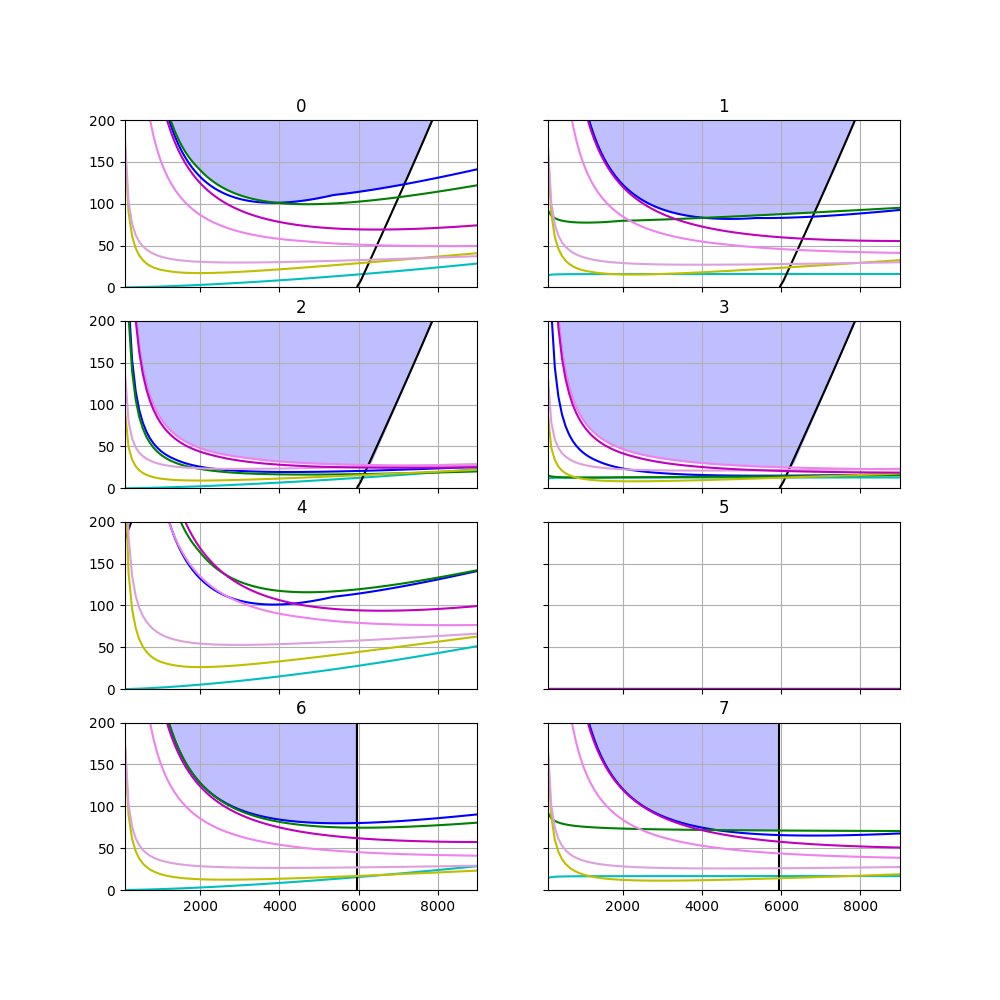
Repository: 12libao/DEA
Script's output: python Sizing_Method/ConstrainsAnalysis/ConstrainsAnalysisPDP1P2.py
The author's editor kept a copy of each file at every save. The script's output is drawn from the files as they stood at one save, then again after a run of saves.
Random numbers start from a fixed seed.

Above is the script's output before, as saved 2021-07-12 14:39:19.

### Sizing_Method/ConstrainsAnalysis/ConstrainsAnalysisPDP1P2.py
# author: Bao Li #
# Georgia Institute of Technology #
import sys
import os

sys.path.insert(0, os.getcwd())

import numpy as np
import matplotlib.pylab as plt
import Sizing_Method.Other.US_Standard_Atmosphere_1976 as atm
import Sizing_Method.Aerodynamics.ThrustLapse as thrust_lapse
import Sizing_Method.Aerodynamics.Aerodynamics as ad
import Sizing_Method.ConstrainsAnalysis.ConstrainsAnalysis as ca


"""
The unit use is IS standard
"""


class ConstrainsAnalysis_Mattingly_Method_with_DP_turbofun:
    """This is a power-based master constraints analysis"""

    def __init__(self, altitude, velocity, beta, wing_load, Hp=0.5, number_of_motor=12, C_DR=0):
        """

        :param beta: weight fraction
        :param Hp: P_motor/P_total
        :param n: number of motor
        :param K1: drag polar coefficient for 2nd order term
        :param K2: drag polar coefficient for 1st order term
        :param C_D0: the drag coefficient at zero lift
        :param C_DR: additional drag caused, for example, by external stores,
        braking parachutes or flaps, or temporary external hardware

        :return:
            power load: P_WTO
        """

        self.h = altitude
        self.v = velocity
        self.rho = atm.atmosphere(geometric_altitude=self.h).density()

        self.beta = beta
        self.hp = 1 - Hp
        self.n = number_of_motor

        # power lapse ratio
        self.alpha = thrust_lapse.thrust_lapse_calculation(altitude=self.h,
                                                           velocity=self.v).high_bypass_ratio_turbofan()

        self.k1 = ad.aerodynamics_without_pd(self.h, self.v).K1()
        self.k2 = ad.aerodynamics_without_pd(self.h, self.v).K2()
        self.cd0 = ad.aerodynamics_without_pd(self.h, self.v).CD_0()
        self.cdr = C_DR

        self.w_s = wing_load
        self.g0 = 9.80665

        self.coefficient = self.beta * self.v / self.alpha

        # Estimation of ΔCL and ΔCD
        pd = ad.aerodynamics_with_pd(
            self.h, self.v, Hp=self.hp, n=n, W_S=self.w_s)
        self.q = 0.5 * self.rho * self.v ** 2
        self.cl = self.beta * self.w_s / self.q
        # print(self.cl)
        self.delta_cl = pd.delta_lift_coefficient(self.cl)
        self.delta_cd0 = pd.delta_CD_0()

    def master_equation(self, n, dh_dt, dV_dt):
        cl = self.cl * n + self.delta_cl

        cd = self.k1 * cl ** 2 + self.k2 * cl + self.cd0 + self.cdr + self.delta_cd0
        p_w = self.coefficient * \
            (self.q / (self.beta * self.w_s) *
             cd + dh_dt / self.v + dV_dt / self.g0)
        return p_w

    def cruise(self):
        p_w = ConstrainsAnalysis_Mattingly_Method_with_DP_turbofun.master_equation(
            self, n=1, dh_dt=0, dV_dt=0)
        return p_w

    def climb(self, roc):
        p_w = ConstrainsAnalysis_Mattingly_Method_with_DP_turbofun.master_equation(
            self, n=1, dh_dt=roc, dV_dt=0)
        return p_w

    def level_turn(self, turn_rate=3, v=100):
        """
        assume 2 min for 360 degree turn, which is 3 degree/seconds
        assume turn at 300 knots, which is about 150 m/s
        """
        load_factor = (1 + ((turn_rate * np.pi / 180)
                       * v / self.g0) ** 2) ** 0.5
        p_w = ConstrainsAnalysis_Mattingly_Method_with_DP_turbofun.master_equation(
            self, n=load_factor, dh_dt=0, dV_dt=0)
        return p_w

    def take_off(self):
        """
        A320neo take-off speed is about 150 knots, which is about 75 m/s
        required runway length is about 2000 m
        K_TO is a constant greater than one set to 1.2 (generally specified by appropriate flying regulations)
        """
        Cl_max_to = 2.3  # 2.3
        K_TO = 1.2  # V_TO / V_stall
        s_G = 1266
        p_w = 2 / 3 * self.coefficient / self.v * self.beta * K_TO ** 2 / (
            s_G * self.rho * self.g0 * Cl_max_to) * self.w_s ** (
            3 / 2)
        return p_w

    def stall_speed(self, V_stall_to=65, Cl_max_to=2.3):
        V_stall_ld = 62

        Cl_max_ld = 2.87

        W_S_1 = 1 / 2 * self.rho * V_stall_to ** 2 * \
            (Cl_max_to + self.delta_cl)
        W_S_2 = 1 / 2 * self.rho * V_stall_ld ** 2 * \
            (Cl_max_ld + self.delta_cl)

        W_S = min(W_S_1, W_S_2)
        return W_S

    def service_ceiling(self, roc=0.5):
        p_w = ConstrainsAnalysis_Mattingly_Method_with_DP_turbofun.master_equation(
            self, n=1, dh_dt=roc, dV_dt=0)
        return p_w

    allFuncs = [take_off, stall_speed, cruise,
                service_ceiling, level_turn, climb]


class ConstrainsAnalysis_Mattingly_Method_with_DP_electric:
    """This is a power-based master constraints analysis

    the difference between turbofun and electric for constrains analysis:
    1. assume the thrust_lapse = 1 for electric propution
    2. hp = 1 - hp_turbofun
    """

    def __init__(self, altitude, velocity, beta, wing_load, Hp=0.5, number_of_motor=12, C_DR=0):
        """

        :param beta: weight fraction
        :param Hp: P_motor/P_total
        :param n: number of motor
        :param K1: drag polar coefficient for 2nd order term
        :param K2: drag polar coefficient for 1st order term
        :param C_D0: the drag coefficient at zero lift
        :param C_DR: additional drag caused, for example, by external stores,
        braking parachutes or flaps, or temporary external hardware

        :return:
            power load: P_WTO
        """

        self.h = altitude
        self.v = velocity
        self.rho = atm.atmosphere(geometric_altitude=self.h).density()

        self.beta = beta
        self.hp = Hp  # this is the difference part compare with turbofun
        self.n = number_of_motor

        # power lapse ratio
        self.alpha = 1  # this is the difference part compare with turbofun

        self.k1 = ad.aerodynamics_without_pd(self.h, self.v).K1()
        self.k2 = ad.aerodynamics_without_pd(self.h, self.v).K2()
        self.cd0 = ad.aerodynamics_without_pd(self.h, self.v).CD_0()
        self.cdr = C_DR

        self.w_s = wing_load
        self.g0 = 9.80665

        self.coefficient = self.beta * self.v / self.alpha

        # Estimation of ΔCL and ΔCD
        pd = ad.aerodynamics_with_pd(
            self.h, self.v, Hp=self.hp, n=n, W_S=self.w_s)
        self.q = 0.5 * self.rho * self.v ** 2
        self.cl = self.beta * self.w_s / self.q
        # print(self.cl)
        self.delta_cl = pd.delta_lift_coefficient(self.cl)
        self.delta_cd0 = pd.delta_CD_0()

    def master_equation(self, n, dh_dt, dV_dt):
        cl = self.cl * n + self.delta_cl

        cd = self.k1 * cl ** 2 + self.k2 * cl + self.cd0 + self.cdr + self.delta_cd0
        p_w = self.coefficient * \
            (self.q / (self.beta * self.w_s) *
             cd + dh_dt / self.v + dV_dt / self.g0)
        return p_w

    def cruise(self):
        p_w = ConstrainsAnalysis_Mattingly_Method_with_DP_electric.master_equation(
            self, n=1, dh_dt=0, dV_dt=0)
        return p_w

    def climb(self, roc):
        p_w = ConstrainsAnalysis_Mattingly_Method_with_DP_electric.master_equation(
            self, n=1, dh_dt=roc, dV_dt=0)
        return p_w

    def level_turn(self, turn_rate=3, v=100):
        """
        assume 2 min for 360 degree turn, which is 3 degree/seconds
        assume turn at 300 knots, which is about 150 m/s
        """
        load_factor = (1 + ((turn_rate * np.pi / 180)
                       * v / self.g0) ** 2) ** 0.5
        p_w = ConstrainsAnalysis_Mattingly_Method_with_DP_electric.master_equation(
            self, n=load_factor, dh_dt=0, dV_dt=0)
        return p_w

    def take_off(self):
        """
        A320neo take-off speed is about 150 knots, which is about 75 m/s
        required runway length is about 2000 m
        K_TO is a constant greater than one set to 1.2 (generally specified by appropriate flying regulations)
        """
        Cl_max_to = 2.3  # 2.3
        K_TO = 1.2  # V_TO / V_stall
        s_G = 1266
        p_w = 2 / 3 * self.coefficient / self.v * self.beta * K_TO ** 2 / (
            s_G * self.rho * self.g0 * Cl_max_to) * self.w_s ** (
            3 / 2)
        return p_w

    def stall_speed(self, V_stall_to=65, Cl_max_to=2.3):
        V_stall_ld = 62

        Cl_max_ld = 2.87

        W_S_1 = 1 / 2 * self.rho * V_stall_to ** 2 * \
            (Cl_max_to + self.delta_cl)
        W_S_2 = 1 / 2 * self.rho * V_stall_ld ** 2 * \
            (Cl_max_ld + self.delta_cl)

        W_S = min(W_S_1, W_S_2)
        return W_S

    def service_ceiling(self, roc=0.5):
        p_w = ConstrainsAnalysis_Mattingly_Method_with_DP_electric.master_equation(
            self, n=1, dh_dt=roc, dV_dt=0)
        return p_w

    allFuncs = [take_off, stall_speed, cruise,
                service_ceiling, level_turn, climb]


class ConstrainsAnalysis_Gudmundsson_Method_with_DP_turbofun:
    """This is a power-based master constraints analysis based on Gudmundsson_method"""

    def __init__(self, altitude, velocity, beta, wing_load, Hp=0.5, number_of_motor=12, e=0.75, AR=10.3):
        """

        :param beta: weight fraction
        :param e: wing planform efficiency factor is between 0.75 and 0.85, no more than 1
        :param AR: wing aspect ratio, normally between 7 and 10

        :return:
            power load: P_WTO
        """

        self.h = altitude
        self.v = velocity
        self.beta = beta
        self.w_s = wing_load
        self.g0 = 9.80665

        self.beta = beta
        self.hp = 1 - Hp
        self.n = number_of_motor

        self.rho = atm.atmosphere(geometric_altitude=self.h).density()

        # power lapse ratio
        self.alpha = thrust_lapse.thrust_lapse_calculation(altitude=self.h,
                                                           velocity=self.v).high_bypass_ratio_turbofan()
        h = 2.43  # height of winglets
        b = 35.8
        # equation 9-88, If the wing has winglets the aspect ratio should be corrected
        ar_corr = AR * (1 + 1.9 * h / b)
        self.k = 1 / (np.pi * ar_corr * e)
        self.coefficient = self.beta * self.v / self.alpha

        # Estimation of ΔCL and ΔCD
        pd = ad.aerodynamics_with_pd(
            self.h, self.v, Hp=self.hp, n=n, W_S=self.w_s)
        self.q = 0.5 * self.rho * self.v ** 2
        cl = self.beta * self.w_s / self.q
        self.delta_cl = pd.delta_lift_coefficient(cl)
        self.delta_cd0 = pd.delta_CD_0()

        # TABLE 3-1 Typical Aerodynamic Characteristics of Selected Classes of Aircraft
        cd_min = 0.02
        cd_to = 0.03
        cl_to = 0.8

        self.v_to = 68
        self.s_g = 1480
        self.mu = 0.04

        self.cd_min = cd_min + self.delta_cd0
        self.cl = cl + self.delta_cl

        self.cd_to = cd_to + self.delta_cd0
        self.cl_to = cl_to + self.delta_cl

    def cruise(self):
        p_w = self.q / self.w_s * (self.cd_min + self.k * self.cl ** 2)
        return p_w * self.coefficient

    def climb(self, roc):
        p_w = roc / self.v + self.q * self.cd_min / self.w_s + self.k * self.cl
        return p_w * self.coefficient

    def level_turn(self, turn_rate=3, v=100):
        """
        assume 2 min for 360 degree turn, which is 3 degree/seconds
        assume turn at 100 m/s
        """
        load_factor = (1 + ((turn_rate * np.pi / 180)
                       * v / self.g0) ** 2) ** 0.5
        q = 0.5 * self.rho * v ** 2
        p_w = q / self.w_s * (self.cd_min + self.k *
                              (load_factor / q * self.w_s + self.delta_cl) ** 2)
        return p_w * self.coefficient

    def take_off(self):
        q = self.q / 2
        p_w = self.v_to ** 2 / (2 * self.g0 * self.s_g) + q * self.cd_to / self.w_s + self.mu * (
            1 - q * self.cl_to / self.w_s)
        return p_w * self.coefficient

    def service_ceiling(self, roc=0.5):
        vy = (2 / self.rho * self.w_s *
              (self.k / (3 * self.cd_min)) ** 0.5) ** 0.5
        q = 0.5 * self.rho * vy ** 2
        p_w = roc / vy + q / self.w_s * \
            (self.cd_min + self.k * (self.w_s / q + self.delta_cl) ** 2)
        # p_w = roc / (2 / self.rho * self.w_s * (self.k / (3 * self.cd_min)) ** 0.5) ** 0.5 + 4 * (
        #         self.k * self.cd_min / 3) ** 0.5
        return p_w * self.coefficient

    def stall_speed(self, V_stall_to=65, Cl_max_to=2.3):
        V_stall_ld = 62

        Cl_max_ld = 2.87

        W_S_1 = 1 / 2 * self.rho * V_stall_to ** 2 * \
            (Cl_max_to + self.delta_cl)
        W_S_2 = 1 / 2 * self.rho * V_stall_ld ** 2 * \
            (Cl_max_ld + self.delta_cl)

        W_S = min(W_S_1, W_S_2)
        return W_S

    allFuncs = [take_off, stall_speed, cruise,
                service_ceiling, level_turn, climb]


class ConstrainsAnalysis_Gudmundsson_Method_with_DP_electric:
    """This is a power-based master constraints analysis based on Gudmundsson_method

    the difference between turbofun and electric for constrains analysis:
    1. assume the thrust_lapse = 1 for electric propution
    2. hp = 1 - hp_turbofun
    """

    def __init__(self, altitude, velocity, beta, wing_load, Hp=0.5, number_of_motor=12, e=0.75, AR=10.3):
        """

        :param beta: weight fraction
        :param e: wing planform efficiency factor is between 0.75 and 0.85, no more than 1
        :param AR: wing aspect ratio, normally between 7 and 10

        :return:
            power load: P_WTO
        """

        self.h = altitude
        self.v = velocity
        self.beta = beta
        self.w_s = wing_load
        self.g0 = 9.80665

        self.beta = beta
        self.hp = Hp  # this is the difference part compare with turbofun
        self.n = number_of_motor

        self.rho = atm.atmosphere(geometric_altitude=self.h).density()

        # power lapse ratio
        self.alpha = 1  # this is the difference part compare with turbofun

        h = 2.43  # height of winglets
        b = 35.8
        # equation 9-88, If the wing has winglets the aspect ratio should be corrected
        ar_corr = AR * (1 + 1.9 * h / b)
        self.k = 1 / (np.pi * ar_corr * e)
        self.coefficient = self.beta * self.v / self.alpha

        # Estimation of ΔCL and ΔCD
        pd = ad.aerodynamics_with_pd(
            self.h, self.v, Hp=self.hp, n=n, W_S=self.w_s)
        self.q = 0.5 * self.rho * self.v ** 2
        cl = self.beta * self.w_s / self.q
        self.delta_cl = pd.delta_lift_coefficient(cl)
        self.delta_cd0 = pd.delta_CD_0()

        # TABLE 3-1 Typical Aerodynamic Characteristics of Selected Classes of Aircraft
        cd_min = 0.02
        cd_to = 0.03
        cl_to = 0.8

        self.v_to = 68
        self.s_g = 1480
        self.mu = 0.04

        self.cd_min = cd_min + self.delta_cd0
        self.cl = cl + self.delta_cl

        self.cd_to = cd_to + self.delta_cd0
        self.cl_to = cl_to + self.delta_cl

    def cruise(self):
        p_w = self.q / self.w_s * (self.cd_min + self.k * self.cl ** 2)
        return p_w * self.coefficient

    def climb(self, roc):
        p_w = roc / self.v + self.q * self.cd_min / self.w_s + self.k * self.cl
        return p_w * self.coefficient

    def level_turn(self, turn_rate=3, v=100):
        """
        assume 2 min for 360 degree turn, which is 3 degree/seconds
        assume turn at 100 m/s
        """
        load_factor = (1 + ((turn_rate * np.pi / 180)
                       * v / self.g0) ** 2) ** 0.5
        q = 0.5 * self.rho * v ** 2
        p_w = q / self.w_s * (self.cd_min + self.k *
                              (load_factor / q * self.w_s + self.delta_cl) ** 2)
        return p_w * self.coefficient

    def take_off(self):
        q = self.q / 2
        p_w = self.v_to ** 2 / (2 * self.g0 * self.s_g) + q * self.cd_to / self.w_s + self.mu * (
            1 - q * self.cl_to / self.w_s)
        return p_w * self.coefficient

    def service_ceiling(self, roc=0.5):
        vy = (2 / self.rho * self.w_s *
              (self.k / (3 * self.cd_min)) ** 0.5) ** 0.5
        q = 0.5 * self.rho * vy ** 2
        p_w = roc / vy + q / self.w_s * \
            (self.cd_min + self.k * (self.w_s / q + self.delta_cl) ** 2)
        # p_w = roc / (2 / self.rho * self.w_s * (self.k / (3 * self.cd_min)) ** 0.5) ** 0.5 + 4 * (
        #         self.k * self.cd_min / 3) ** 0.5
        return p_w * self.coefficient

    def stall_speed(self, V_stall_to=65, Cl_max_to=2.3):
        V_stall_ld = 62

        Cl_max_ld = 2.87

        W_S_1 = 1 / 2 * self.rho * V_stall_to ** 2 * \
            (Cl_max_to + self.delta_cl)
        W_S_2 = 1 / 2 * self.rho * V_stall_ld ** 2 * \
            (Cl_max_ld + self.delta_cl)

        W_S = min(W_S_1, W_S_2)
        return W_S

    allFuncs = [take_off, stall_speed, cruise,
                service_ceiling, level_turn, climb]

if __name__ == "__main__":
    n = 100
    w_s = np.linspace(100, 9000, n)
    constrains_name = ['take off', 'stall speed', 'cruise', 'service ceiling', 'level turn @3000m',
                       'climb @S-L', 'climb @3000m', 'climb @7000m']
    constrains = np.array([[0, 68, 0.988, 0.5], [0, 80, 1, 0.5], [11300, 230, 0.948, 0.8],
                           [11900, 230, 0.78, 0.5], [3000, 100, 0.984, 0.8], [0, 100, 0.984, 0.5],
                           [3000, 200, 0.975, 0.6], [7000, 230, 0.96, 0.8]])
    color = ['c', 'k', 'b', 'g', 'y', 'plum', 'violet', 'm']
    label = ['feasible region with PD', 'feasible region with PD', 'feasible region Gudmundsson',
             'feasible region without PD', 'feasible region without PD', 'feasible region Mattingly']
    methods = [ConstrainsAnalysis_Mattingly_Method_with_DP_turbofun,
               ConstrainsAnalysis_Gudmundsson_Method_with_DP_turbofun,
               ConstrainsAnalysis_Mattingly_Method_with_DP_electric,
               ConstrainsAnalysis_Gudmundsson_Method_with_DP_electric,
               ca.ConstrainsAnalysis_Mattingly_Method,
               ca.ConstrainsAnalysis_Gudmundsson_Method,
               ca.ConstrainsAnalysis_Mattingly_Method,
               ca.ConstrainsAnalysis_Gudmundsson_Method]
    subtitle = ["0", "1",'2','3','4','5','6','7']
    m = constrains.shape[0]
    p_w = np.zeros([m, n, 8])

    # plots
    fig, ax = plt.subplots(4, 2, sharex=True, sharey=True, figsize=(10, 10))
    ax = ax.flatten()
    for k in range(8):
        for i in range(m):
            for j in range(n):
                h = constrains[i, 0]
                v = constrains[i, 1]
                beta = constrains[i, 2]
                hp = constrains[i, 3]

                # calculate p_w
                if k < 4:
                    problem = methods[k](h, v, beta, w_s[j], hp)
                    if i >= 5:
                        p_w[i, j, k] = problem.allFuncs[-1](problem, roc=15 - 5 * (i - 5))
                    else:
                        p_w[i, j, k] = problem.allFuncs[i](problem)
                elif k > 5:
                    problem = methods[k](h, v, beta, w_s[j])
                    if i >= 5:
                        p_w[i, j, k] = problem.allFuncs[-1](problem, roc=15 - 5 * (i - 5))
                    else:
                        p_w[i, j, k] = problem.allFuncs[i](problem)
                elif k == 4:
                    if i == 2:
                        p_w[i, j, 4] = p_w[i, j, 0]
                    else:
                        p_w[i, j, 4] = p_w[i, j, 0] + p_w[i, j, 2]
                else:
                    if i == 2:
                        p_w[i, j, 4] = p_w[i, j, 0]
                    else:
                        p_w[i, j, 4] = p_w[i, j, 0] + p_w[i, j, 2]

            if i == 1:
                ax[k].plot(p_w[i, :, k], np.linspace(0, 250, n), color=color[i], label=constrains_name[i])
            else:
                ax[k].plot(w_s, p_w[i, :, k], color=color[i], label=constrains_name[i])
        p_w[1, :, k] = 200 / (p_w[1, -1, k] - p_w[1, 20, k]) * (w_s - p_w[1, 2, k])
        ax[k].fill_between(w_s, np.amax(p_w[0:m - 1, :, k], axis=0), 200, color='b', alpha=0.25)

        # plt.xlabel('Wing Load: $W_{TO}$/S (N/${m^2}$)')
        # plt.ylabel('Power-to-Load: $P_{SL}$/$W_{TO}$ (W/N)')
        # ax[k].legend(bbox_to_anchor=(1.002, 1), loc="upper left")
        # plt.gca().add_artist(l1)
        ax[k].set_xlim(100, 9000)
        ax[k].set_ylim(0, 200)
        # plt.tight_layout()
        ax[k].set_title(subtitle[k])
        ax[k].grid()
    plt.show()

### Sizing_Method/Aerodynamics/ThrustLapse.py
# author: Bao Li #
# Georgia Institute of Technology #
"""reference

1. Mattingly, Jack D., William H. Heiser, and David T. Pratt. Aircraft engine design. American Institute of Aeronautics and Astronautics, 2002.
"""
import sys
import os

sys.path.insert(0, os.getcwd())

import numpy as np
import matplotlib.pylab as plt
import Sizing_Method.Other.US_Standard_Atmosphere_1976 as atm
import Sizing_Method.Aerodynamics.MachNmuber as Mach


class thrust_lapse_calculation:
    """Estimation for installation losses

    1. The following algebraic equations for installed engine thrust lapse
        are based on the expected performance of advanced engines
    """

    def __init__(self, altitude, velocity):
        """

        :input h (m): altitude
               v (m/s): velocity


        :output thrust_lapse (alpha): thrust lapse ratio
        """

        self.h = altitude
        self.v = velocity

        self.gamma = 1.4  # Ratio of Specific Heats: atmospheric air ( gamma = 1.4)
        self.atoms = atm.atmosphere(self.h)
        self.M = Mach.mach(self.h, self.v).mach_number()

        self.theta = self.atoms.dimensionless_static_temperature()  # dimensionless static temperature
        self.delta = self.atoms.dimensionless_static_pressure()  # dimensionless static pressure

        self.theta_0_break = 1.072  # The Theta Break: assume = 1.0 (from reference 1: Mattingly)
        self.TR = self.theta_0_break  # The Throttle Ratio (from Equation D.6 reference 1: Mattingly)

        self.theta_0 = self.theta * (1 + 0.5 * (self.gamma - 1) * self.M ** 2)
        self.delta_0 = self.delta * (1 + 0.5 * (self.gamma - 1) * self.M ** 2) ** (self.gamma / (self.gamma - 1))

    def high_bypass_ratio_turbofan(self):
        """the engine for A320neo is a high bypass ratio turbofan

        from Equation 2.53 reference 1: Mattingly
        """

        if self.theta_0 <= self.TR:
            thrust_lapse = self.delta_0 * (1 - 0.49 * self.M ** 0.5)
        else:
            thrust_lapse = self.delta_0 * (1 - 0.49 * self.M ** 0.5 - 3 * (self.theta_0 - self.TR) / (1.5 + self.M))

        return thrust_lapse


if __name__ == '__main__':
    nn = 100
    h = [0, 500, 3000, 6000, 9000, 12000]
    v = np.linspace(0, 340, nn)
    m = np.zeros([len(h), nn])
    thrust_lapse = np.zeros([len(h), nn])

    for i in range(len(h)):
        for j in range(nn):
            m[i, j] = Mach.mach(h[i], v[j]).mach_number()
            thrust_lapse[i, j] = thrust_lapse_calculation(h[i], v[j]).high_bypass_ratio_turbofan()

    plt.figure(figsize=(8, 6))

    for i in range(len(h)):
        plt.plot(m[i, :], thrust_lapse[i, :], label=h[i])

    plt.xlabel('Mach Number')
    plt.ylabel('Thrust Ratio, T/$T_{SL}$')
    plt.title('High Bypass Turbofan Thrust Ratio versus Mach Number \n'
              'Throttle Ratio = 1.072, ISA. \n'
              'Altitude unit: meter')
    plt.xlim(0, 1)
    plt.ylim(0, 1.2)
    plt.legend(loc=0)
    plt.grid()
    plt.show()

### Sizing_Method/Aerodynamics/MachNmuber.py
# author: Bao Li #
# Georgia Institute of Technology #
import sys
import os

sys.path.insert(0, os.getcwd())

import numpy as np
import matplotlib.pylab as plt
import Sizing_Method.Other.US_Standard_Atmosphere_1976 as atm


class mach:
    """Mach Number"""

    def __init__(self, altitude, velocity):
        """

        :input h (m): altitude
               v (m/s): velocity

        :output a: Mach number
        """
        self.h = altitude
        self.v = velocity
        self.atoms = atm.atmosphere(self.h)

    def mach_number(self):
        a = self.v / self.atoms.sound_speed()
        return a

Loaded but not shown: Sizing_Method/ConstrainsAnalysis/ConstrainsAnalysis.py (274 lines, source omitted); Sizing_Method/Aerodynamics/Aerodynamics.py (174 lines, source omitted); Sizing_Method/Other/US_Standard_Atmosphere_1976.py (166 lines, source omitted)

After the next 2 saves:
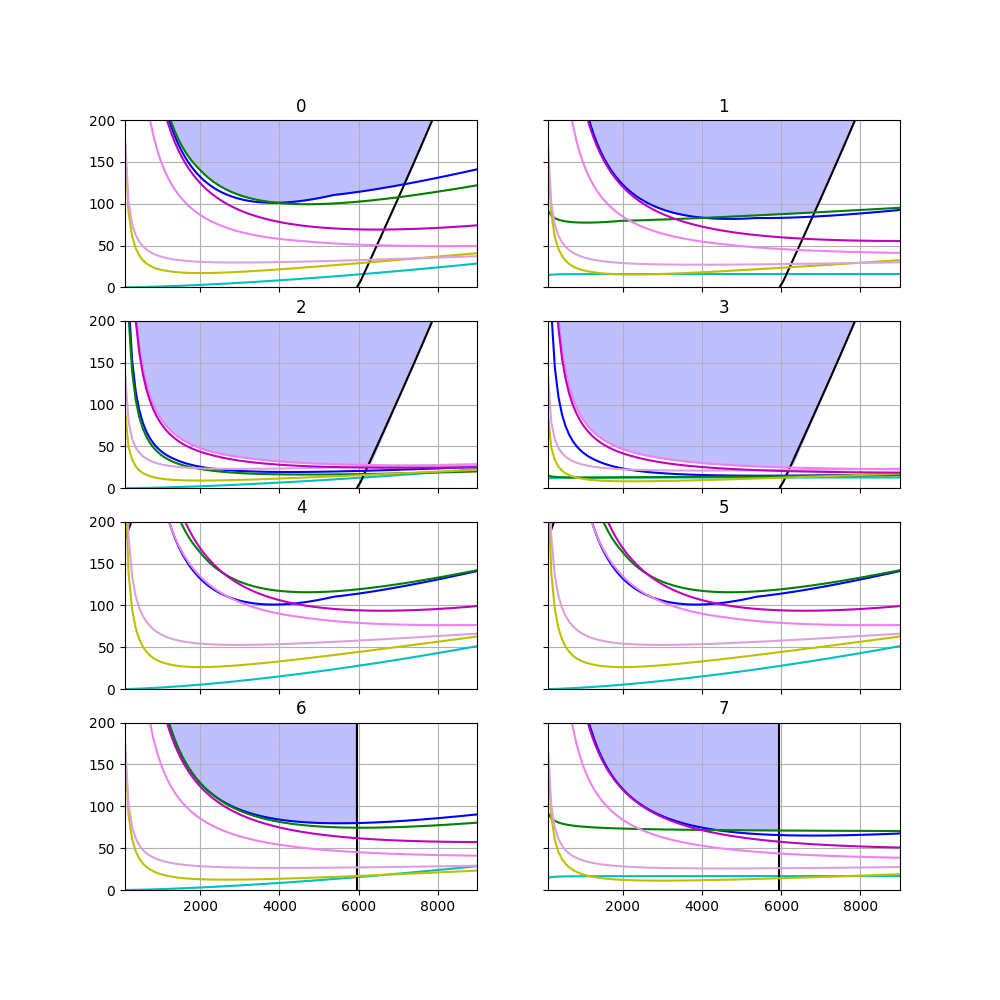
The 2 saves are shown as one change because they came seconds apart.
The last was saved 8 s later.
--- a/Sizing_Method/ConstrainsAnalysis/ConstrainsAnalysisPDP1P2.py
+++ b/Sizing_Method/ConstrainsAnalysis/ConstrainsAnalysisPDP1P2.py
@@ -536,9 +536,9 @@ if __name__ == "__main__":
                         p_w[i, j, 4] = p_w[i, j, 0] + p_w[i, j, 2]
                 else:
                     if i == 2:
-                        p_w[i, j, 4] = p_w[i, j, 0]
+                        p_w[i, j, 5] = p_w[i, j, 0]
                     else:
-                        p_w[i, j, 4] = p_w[i, j, 0] + p_w[i, j, 2]
+                        p_w[i, j, 5] = p_w[i, j, 0] + p_w[i, j, 2]
 
             if i == 1:
                 ax[k].plot(p_w[i, :, k], np.linspace(0, 250, n), color=color[i], label=constrains_name[i])
